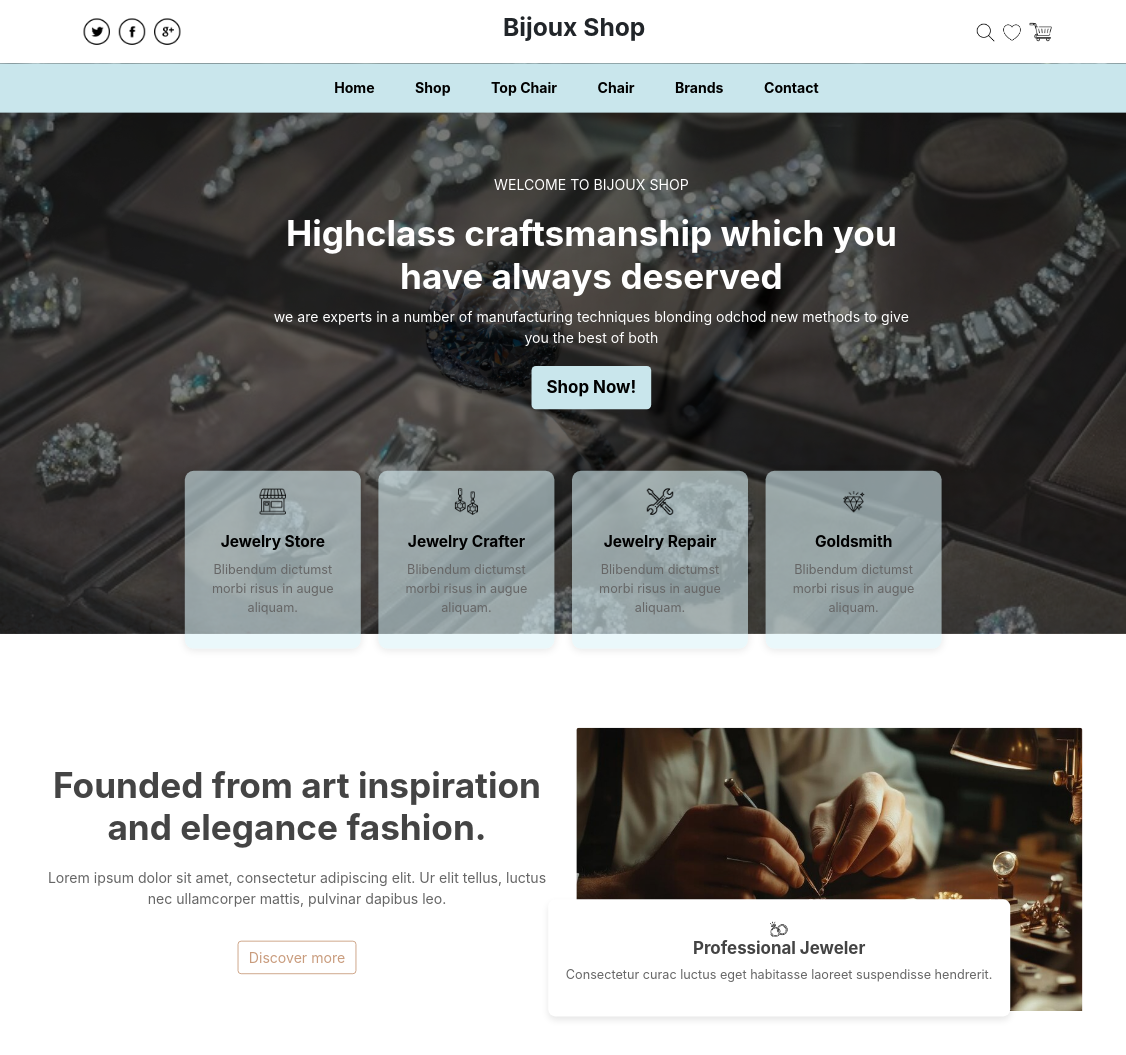
Repository: Manar-Bouallaga/bijoux-frontend-project
Page: /
The author's editor kept a copy of each file at every save. The page is drawn from the files as they stood at one save, then again after a run of saves.
The browser window is 1280 px wide. The pictures show the whole page, at 88% of full size.
The project was rebuilt for these pictures with package versions that can differ from the ones it lists, and the page was loaded fresh each time.

Above is the page before, as saved 2024-10-14 16:11:51.

### public/index.html
<!DOCTYPE html>
<html lang="en">
  <head>
    <meta charset="utf-8" />
    <link rel="icon" href="%PUBLIC_URL%/favicon.ico" />
    <meta name="viewport" content="width=device-width, initial-scale=1" />
    <meta name="theme-color" content="#000000" />
    <meta
      name="description"
      content="Web site created using create-react-app"
    />
    <link
  rel="stylesheet"
  href="https://stackpath.bootstrapcdn.com/bootstrap/4.5.2/css/bootstrap.min.css"
/>
    <link rel="apple-touch-icon" href="%PUBLIC_URL%/logo192.png" />
    <script src="https://code.jquery.com/jquery-3.5.1.slim.min.js"></script>
    <script src="https://cdn.jsdelivr.net/npm/@popperjs/core@2.9.2/dist/umd/popper.min.js"></script>
    <script src="https://stackpath.bootstrapcdn.com/bootstrap/4.5.2/js/bootstrap.min.js"></script>
    <!--
      manifest.json provides metadata used when your web app is installed on a
      user's mobile device or desktop. See https://developers.google.com/web/fundamentals/web-app-manifest/
    -->
    <link rel="manifest" href="%PUBLIC_URL%/manifest.json" />
    <!--
      Notice the use of %PUBLIC_URL% in the tags above.
      It will be replaced with the URL of the `public` folder during the build.
      Only files inside the `public` folder can be referenced from the HTML.

      Unlike "/favicon.ico" or "favicon.ico", "%PUBLIC_URL%/favicon.ico" will
      work correctly both with client-side routing and a non-root public URL.
      Learn how to configure a non-root public URL by running `npm run build`.
    -->
    <title>React App</title>
  </head>
  <body>
    <noscript>You need to enable JavaScript to run this app.</noscript>
    <div id="root"></div>
    <!--
      This HTML file is a template.
      If you open it directly in the browser, you will see an empty page.

      You can add webfonts, meta tags, or analytics to this file.
      The build step will place the bundled scripts into the <body> tag.

      To begin the development, run `npm start` or `yarn start`.
      To create a production bundle, use `npm run build` or `yarn build`.
    -->
  </body>
</html>

### src/App.js
import Nav from './accueil/nav';

function App() {
  return (
   <>
   <Nav />
   </>
  );
}

export default App;

### src/accueil/nav.js
import React from "react";
import './accueil.css';
import JewelrySection from "./JewelrySection";

export default function Nav() {
    return (
        <>
        <div className="">
            {/* Navbar Top */}
            <div className="navbar-top container">
                <div className="social-link">
                    <i><img src="./image/twitter.png" alt="Twitter" width="30px" /></i>
                    <i><img src="./image/facebook.png" alt="Facebook" width="30px" /></i>
                    <i><img src="./image/google-plus.png" alt="Google+" width="30px" /></i>
                </div>
                <div className="logo">
                    <h3>Bijoux Shop</h3>
                </div>
                <div className="icons">
                    <i><img src="./image/search.png" alt="Search" width="20px" /></i>
                    <i><img src="./image/heart.png" alt="Favorites" width="20px" /></i>
                    <i><img src="./image/shopping-cart.png" alt="Cart" width="25px" /></i>
                </div>
            </div>
            {/* Navbar Top */}

            {/* Main Content */}

            <div className="main-content ">
            <div className="back-content">
                <nav className="navbar navbar-expand-md" id="navbar-color">
                    <div className="container">
                        {/* Toggler/collapsibe Button */}
                        <button className="navbar-toggler" type="button" data-toggle="collapse" data-target="#collapsibleNavbar">
                            <span><i><img src="./image/menu.png" alt="Menu" width="30px" /></i></span>
                        </button>

                        {/* Navbar Links */}
                        <div className="collapse navbar-collapse" id="collapsibleNavbar">
                            <ul className="navbar-nav">
                                <li className="nav-item">
                                    <a className="nav-link" href="#">Home</a>
                                </li>
                                <li className="nav-item">
                                    <a className="nav-link" href="#">Shop</a>
                                </li>
                                <li className="nav-item">
                                    <a className="nav-link" href="#">Top Chair</a>
                                </li>
                                <li className="nav-item">
                                    <a className="nav-link" href="#">Chair</a>
                                </li>
                                <li className="nav-item">
                                    <a className="nav-link" href="#">Brands</a>
                                </li>
                                <li className="nav-item">
                                    <a className="nav-link" href="#">Contact</a>
                                </li>
                            </ul>

                        </div>

                    </div>

                </nav>
                <div className="content-header">
                  <p>WELCOME TO BIJOUX SHOP</p>
                  <h1>Highclass craftsmanship which you have always deserved</h1>
                  <p>we are experts in a number of manufacturing techniques blonding odchod new methods to give you the best of both</p>
                  <button>Shop Now!</button>
                </div>

                <div class="services-section">
    <div class="service-card">
        <img src="./image/boutique.png" alt="Jewelry Store" class="service-icon"/>
        <h3>Jewelry Store</h3>
        <p>Blibendum dictumst morbi risus in augue aliquam.</p>
    </div>
    <div class="service-card">
        <img src="./image/earrings.png" alt="Jewelry Crafter" class="service-icon"/>
        <h3>Jewelry Crafter</h3>
        <p>Blibendum dictumst morbi risus in augue aliquam.</p>
    </div>
    <div class="service-card">
        <img src="./image/outils.png" alt="Jewelry Repair" class="service-icon"/>
        <h3>Jewelry Repair</h3>
        <p>Blibendum dictumst morbi risus in augue aliquam.</p>
    </div>
    <div class="service-card">
        <img src="./image/bijoux.png" alt="Goldsmith" class="service-icon"/>
        <h3>Goldsmith</h3>
        <p>Blibendum dictumst morbi risus in augue aliquam.</p>
      </div>
     </div>
     <JewelrySection />

            </div></div>
            {/* Main Content */}


        </div>

   </>
    );
}

### src/accueil/accueil.css
*{
    margin: 0;
    padding: 0;
  }
  /* navbar top */
  .navbar-top{
    width: 100%;
    height: 10vh;
    display: flex;
    align-items: center;
    text-align: center;
    justify-content: space-between;
  }
  .social-link i img{
    margin-left: 10px;
    transition: 0.5s ease;
    cursor: pointer;
  }
  .social-link i img:hover{
    background-color: rgba(238,224,208);
    border-radius: 50px;
  }
  @media screen and (max-width:420px){
    .social-link i img{
        width: 20px;
    }
  }
  .logo h3{
    font-weight: bold;
  }
  @media screen and (max-width:420px){
    .logo h3{
        font-size: 20px;
    }
  }
  .icons i img{
    margin-left: 10px;
    cursor: pointer;
  }
  @media screen and (max-width:420px){
    .icons i img{
        width: 20px;
    }
  }
  /* navbar top */
  @media screen and (max-width:754px){
    .content-header{
      font-size: 12px;
      max-width: 10px;
      margin-top: 40px;
    }
  }
  @media screen and (max-width:1038px){
    .content-header{
      font-size: 15px;
      max-width: 20px;
      margin-top: 40px;

    }
  }
  /* main content */
  @keyframes backgroundSlide {
    0% {
      background-image: url(../../public/image/pexels-godisable-jacob-226636-1191531.jpg);
      background-position: 70%; /* Initial image */
    }
    33% {
      background-image: url(../../public/image/etalage-bijoux-elegants-dans-magasin-luxe_98396-97831.jpg);
      background-position: 50%; /* Second image */
    }
    66% {
      background-image: url(../../public/image/pexels-jimbear-13787988.jpg);
      background-position: 30%; /* Third image */
    }
    100% {
      background-image: url(../../public/image/pexels-godisable-jacob-226636-1191531.jpg);
      background-position: 70%; /* Loop back to the first image */
    }
  }

  /* main content */
  .main-content {
    width: 100%;
    height: 90vh;
    background-size: cover;
    position: absolute;
    background-size: cover;
    align-items: center;
    justify-content: center;
    color: white;
    text-align: center;

    /* Animation */
    animation: backgroundSlide 12s infinite ease-in-out; /* 12s cycle for 3 images */
  }
  .back-content{
    width: 100%;
    height: 90vh;
    background-color: rgba(0, 0, 0, 0.404);
  }
  .content-header{

    /* color: white; */
    max-width: 800px;
    margin-left: 17em;
    border-radius: 15px; /* Rounded corners */
    padding: 30px; /* Inner padding */
    margin-top: 40px;
  }
  .content-header h1{
    font-size: 2.5em; /* Larger title */
    font-weight: bold; /* Bold title */
    margin-bottom: 10px; /* Spacing below title */
  }
  .content-header p{
    font-size: 1em; /* Description size */
      margin-bottom: 20px; /* Spacing below description */
  }
  .content-header button{
    display: inline-block; /* Inline-block for button */
    border: none;
    font-weight: bold;
      padding: 10px 17px; /* Button padding */
      font-size: 1.2em; /* Button font size */
      background-color: #c9e6ec; /* Button color */
      color: black; /* Button text color */
      text-decoration: none; /* No underline */
      border-radius: 5px; /* Rounded button */
      transition: background-color 0.3s ease; /* Smooth hover effect */
  }
  /* navbar */


  #navbar-color{
    background-color: #c9e6ec;
  }
  .navbar-nav{
    margin: auto;
    font-weight: bold;
  }
  .nav-link{
    margin-left: 30px;
    font-weight: bold;
    color: black;
    transition: 0.5s ease;
    cursor: pointer;

  }
  .nav-link:hover{
    color: green;
  }
  /* navbar */



  .services-section {
    display: flex; /* Use flexbox for layout */
    justify-content: center; /* Center items horizontally */
    gap: 20px; /* Space between cards */
    padding: 40px 20px; /* Padding for the section */
    position: relative; /* Light background color */
    flex-wrap: wrap; /* Allow items to wrap to the next line */
  }

  .service-card {
    background-color: #dbf3f893; /* Card background color */
    border-radius: 10px; /* Rounded corners */
    box-shadow: 0 2px 10px rgba(0, 0, 0, 0.1); /* Subtle shadow */
    text-align: center; /* Center text */
    padding: 20px; /* Inner padding */
    max-width: 200px; /* Limit card width */
    flex: 1 1 200px; /* Allow cards to grow and shrink */
  }
  .service-icon {
    width: 30px; /* Icon size */
    margin-bottom: 10px; /* Space below icon */
  }

  .service-card h3 {
    font-size: 1.1em; /* Title size */
    margin: 10px 0; /* Space above and below title */
    color: black;
    font-weight: bold;
  }

  .service-card p {
    font-size: 0.9em; /* Description size */
    color: #666; /* Description color */
  }

  /* Responsive Design */
  @media (max-width: 768px) {
    .services-section {
        padding: 20px 10px; /* Adjust padding on smaller screens */
    }

    .service-card {
        max-width: 90%; /* Increase card width on smaller screens */
        margin: 10px auto; /* Center cards */
    }
  }


  /* jewelrySection */

  .jewelry-section {
    padding: 50px;
  }

  .text-part h2 {
    font-size: 2.5rem;
    font-weight: bold;
    color: #444;
  }

  .text-part p {
    margin-top: 20px;
    font-size: 1rem;
    color: #666;
  }

  .discover-btn {
    margin-top: 20px;
    color: #c99c7d;
    border-color: #c99c7d;
  }

  .image-part {
    display: flex;
    justify-content: center;
  }

  .card-overlay {
    position: absolute;
    bottom: -6px;
    left: -32px;
    background-color: #fff;
    padding: 20px;
    box-shadow: 0 4px 8px rgba(0, 0, 0, 0.1);
    border-radius: 8px;
  }

  .icon-and-text {

    align-items: center;
  }


  .text h5 {
    font-size: 1.2rem;
    font-weight: bold;
    color: #444;
  }

  .text p {
    font-size: 0.9rem;
    color: #666;
  }

### src/accueil/JewelrySection.js
import React from 'react';
import { Container, Row, Col, Button, Card } from 'react-bootstrap';
import './accueil.css';
const JewelrySection = () => {
  return (
    <Container fluid className="jewelry-section">
      <Row className="align-items-center">
        <Col md={6} className="text-part">
          <h2>Founded from art inspiration and elegance fashion.</h2>
          <p>
            Lorem ipsum dolor sit amet, consectetur adipiscing elit. Ur elit tellus, luctus nec ullamcorper mattis, pulvinar dapibus leo.
          </p>
          <Button variant="outline-primary" className="discover-btn">
            Discover more
          </Button>
        </Col>
        <Col md={6} className="image-part">
          <Card className="border-0">
            <Card.Img variant="top" src='./image/jeweler-crafting-petraploy-jewelry-hands-working-detailed-designs-modern-studio_1291600-29663.jpg' alt="Jeweler" />
            <Card.Body className="card-overlay">
              <div className="icon-and-text">
                <div className="icon">
                  {/* Add icon for jewelry, for example using FontAwesome */}
                  <img src='./image/anneaux-de-mariage.png' alt='' width={'20px'}/>
                </div>
                <div className="text">
                  <h5>Professional Jeweler</h5>
                  <p>Consectetur curac luctus eget habitasse laoreet suspendisse hendrerit.</p>
                </div>
              </div>
            </Card.Body>
          </Card>
        </Col>
      </Row>
    </Container>
  );
};

export default JewelrySection;

Loaded but not shown: src/index.js (common file); src/index.css (common file); src/reportWebVitals.js (common file)

After the next 2 saves:
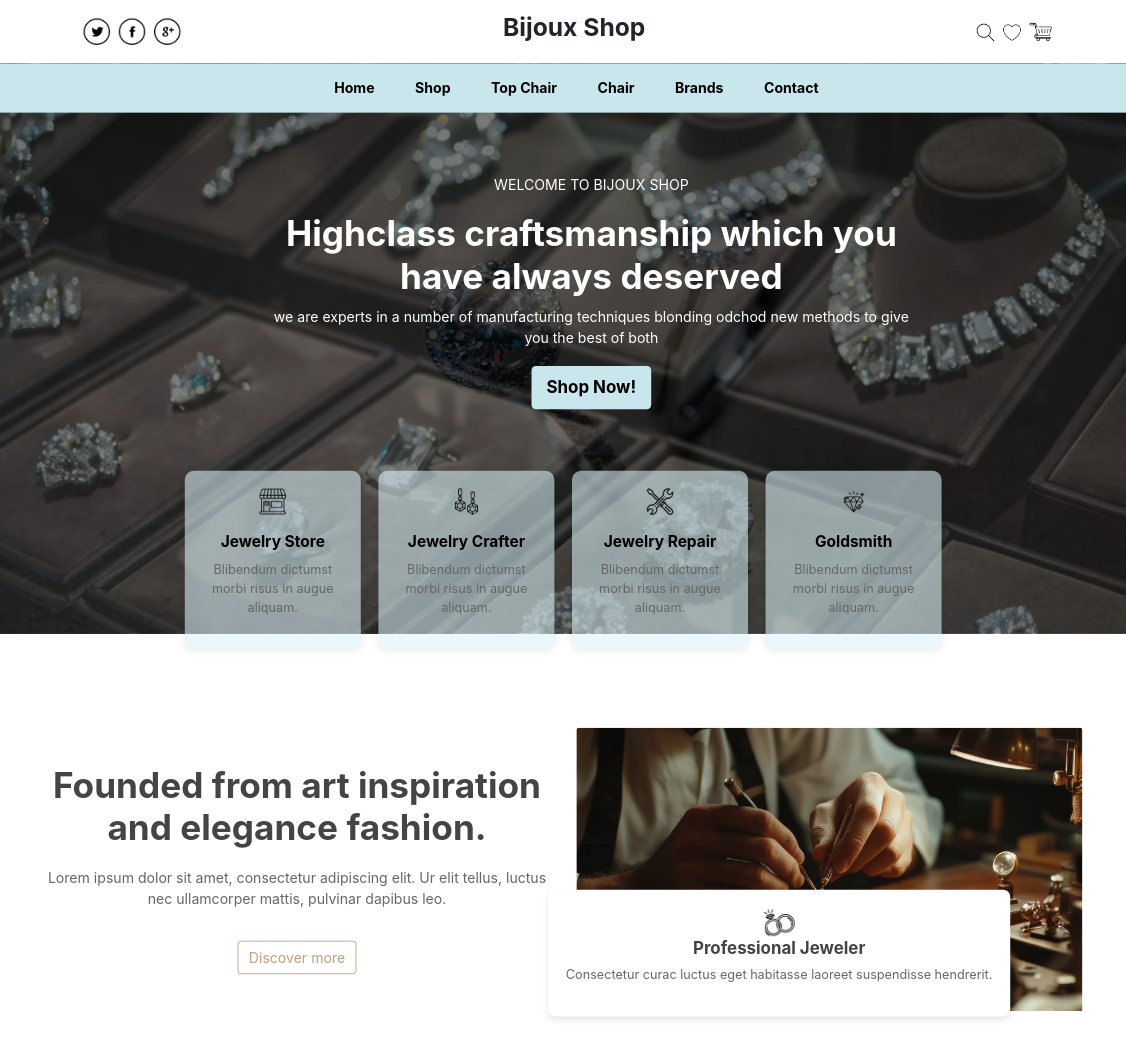
The 2 saves are shown as one change because they came seconds apart.
The last was saved 17 s later.
--- a/src/accueil/JewelrySection.js
+++ b/src/accueil/JewelrySection.js
@@ -21,7 +21,7 @@ const JewelrySection = () => {
               <div className="icon-and-text">
                 <div className="icon">
                   {/* Add icon for jewelry, for example using FontAwesome */}
-                  <img src='./image/anneaux-de-mariage.png' alt='' width={'20px'}/>
+                  <img src='./image/anneaux-de-mariage.png' alt='' width={'35px'}/>
                 </div>
                 <div className="text">
                   <h5>Professional Jeweler</h5>
